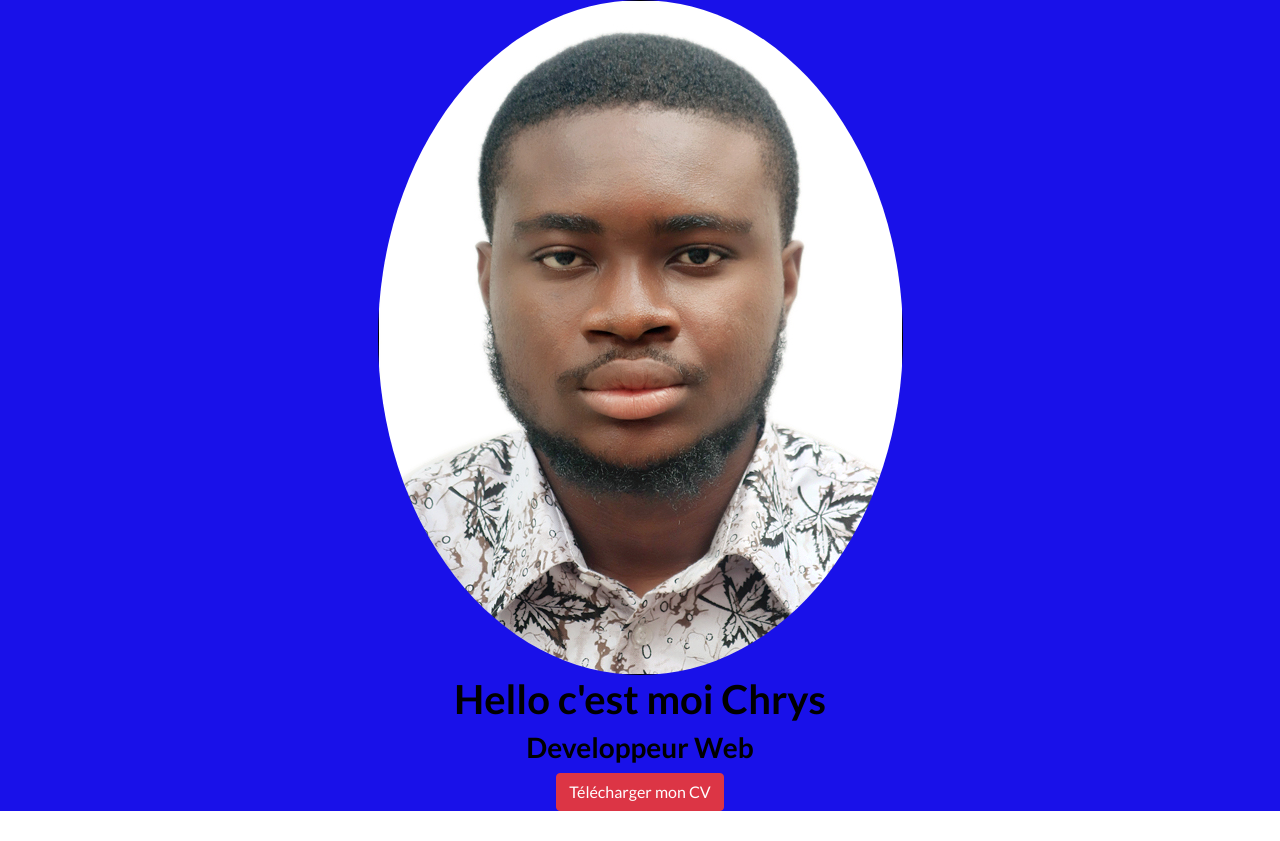
Repository: CHRYSOVR/CV_en_ligne_Interactif
Page: index.html
These files come from the project's save history. The page is drawn as it stood at one moment and after the next save; the edit follows.
The browser window is 1280 px wide. The pictures show the whole page.

Above is the page before, as saved 2025-07-07 15:08:54.
Console error: TypeError: Cannot read properties of undefined (reading 'fn')

After the next save:
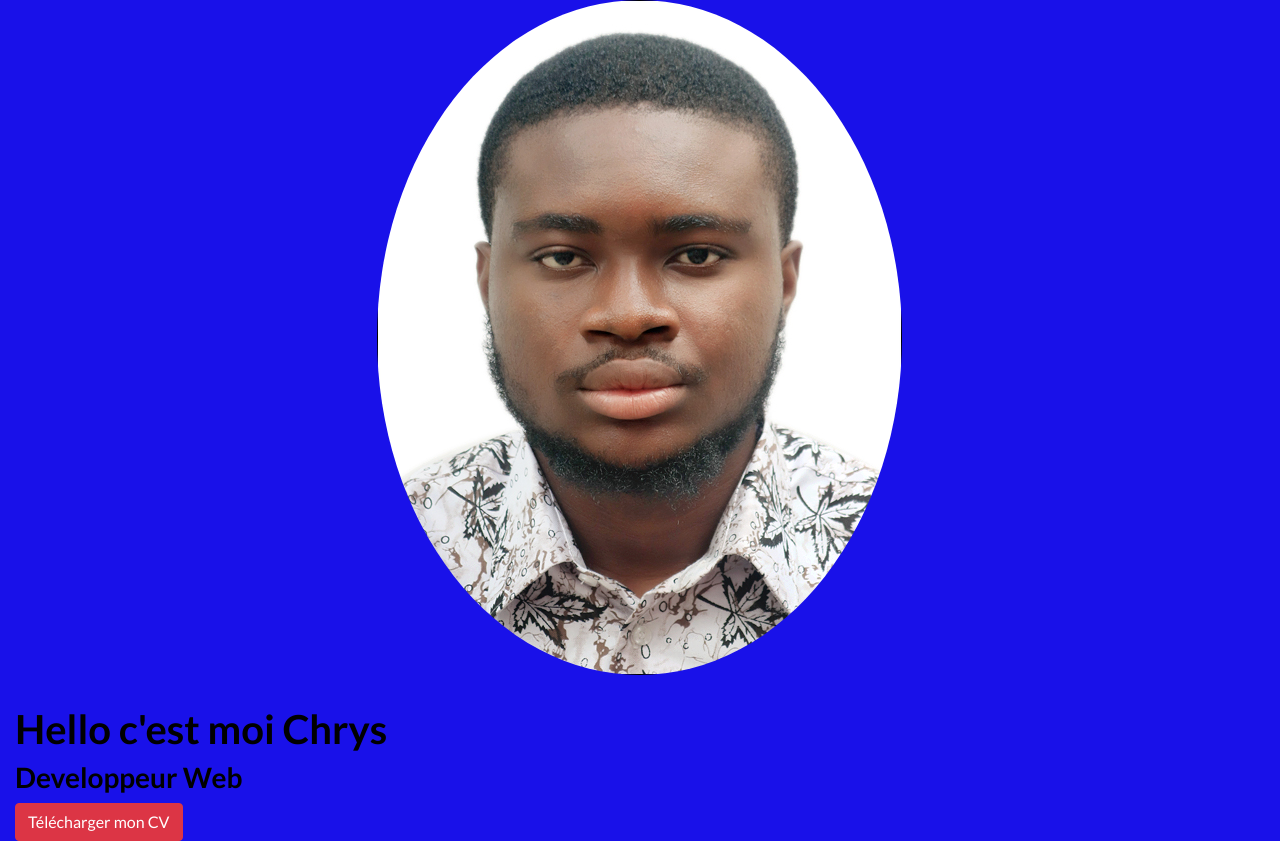
Saved 4 min 39 s later.
--- a/index.html
+++ b/index.html
@@ -14,8 +14,11 @@
 </head>
 <body>
   <section id="about" class="container-fluid">
-    <div class="profile-picture" ><img src="images/Me.JPG" alt="photo sanne-tia" class="rounded-circle">
-    <h1>Hello c'est moi Chrys</h1 >
+    <div  class=" col-8 col -lg-4 profile-picture" >
+        <img src="images/Me.JPG" alt="photo sanne-tia" class="rounded-circle">
+    </div>
+    <div>
+        <h1>Hello c'est moi Chrys</h1 >
      <h3>Developpeur Web</h3>
      <a href="documents/CV_Sanne-Tia.pdf" class="btn btn-danger" target="_blank">Télécharger mon CV</a>
   </div>
